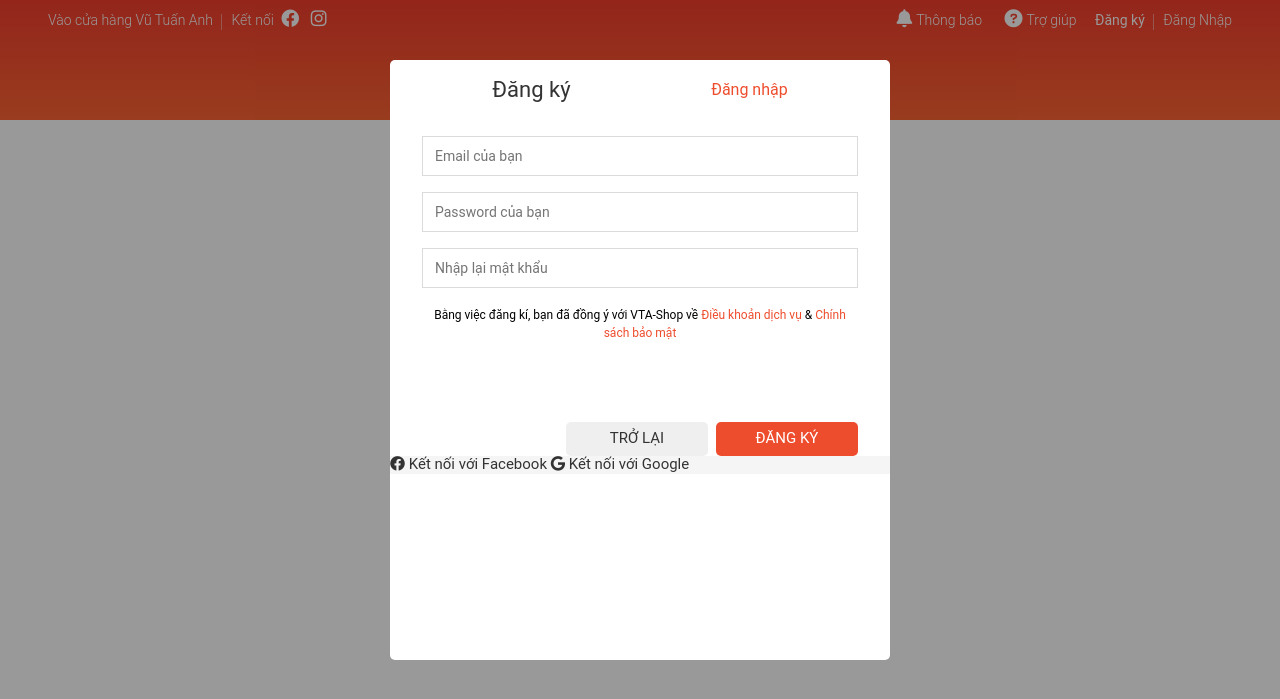
Repository: VuTuanAnh0949/Shopee
Page: index.html
These files come from the project's save history. The page is drawn as it stood at one moment and after the next save; the edit follows.
The browser window is 1280 px wide. The pictures show the whole page.

Above is the page before, as saved 2022-02-15 09:33:23.

After the next save:
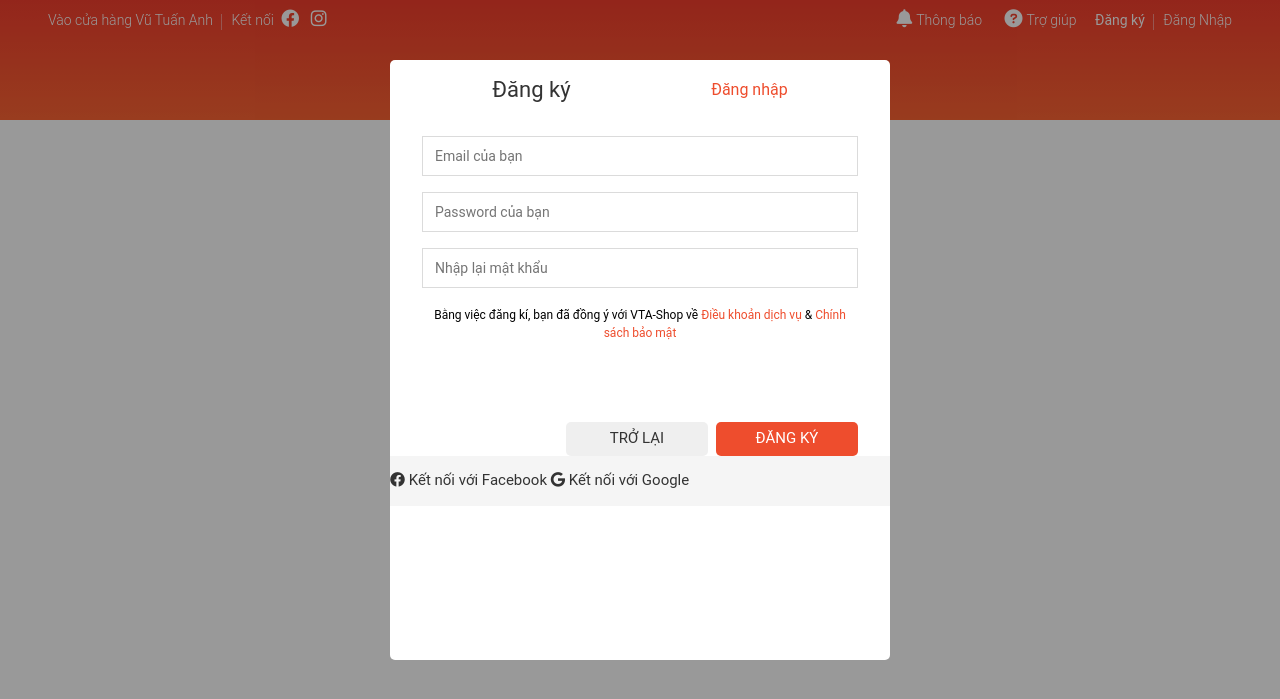
Saved 37 s later.
--- a/assets/css/main.css
+++ b/assets/css/main.css
@@ -278,4 +278,5 @@ border-color: #777;
 }
 .auth-form__socials{
  background-color: #F5F5F5;
-}
+ padding: 16px 0;
+}
